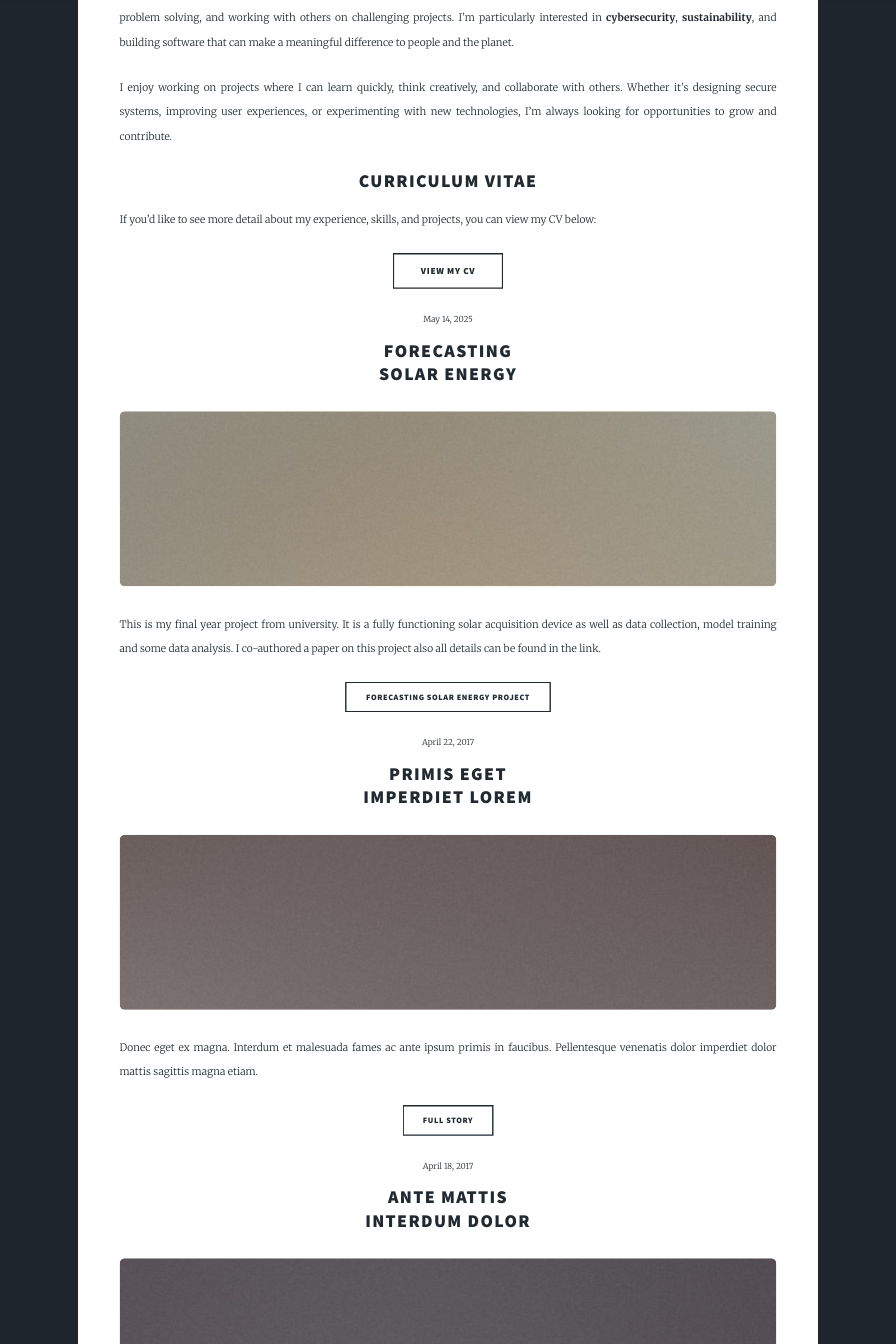
Repository: ciaranscan6/PersonalWebsite
Page: about-me.html
These files come from the project's save history. The page is drawn as it stood at one moment and after the next save; the edit follows.
The browser window is 1280 px wide. The pictures show the part of the page from y = 1451 to 3371 px (the page is 5045 px tall before and 4245 px after), at 70% of full size.
A picture or video elsewhere on the page could not be fetched, so the positions and the page height are approximate.

Above is the page before, as saved 2025-11-22 03:28:14.

### about-me.html
<!DOCTYPE HTML>
<!--
	Massively by HTML5 UP
	html5up.net | @ajlkn
	Free for personal and commercial use under the CCA 3.0 license (html5up.net/license)
-->
<html>
	<head>
		<title>About Me</title>
		<meta charset="utf-8" />
		<meta name="viewport" content="width=device-width, initial-scale=1, user-scalable=no" />
		<link rel="stylesheet" href="assets/css/main.css" />
		<noscript><link rel="stylesheet" href="assets/css/noscript.css" /></noscript>

	</head>
	<body class="is-preload">

		<!-- Wrapper -->
			<div id="wrapper">

				<!-- Header -->
					<header id="header">
						<a href="index.html" class="logo">Ciarán Scanlon</a>
					</header>

				<!-- Nav -->
					<nav id="nav">
						<ul class="links">
							<li><a href="index.html">Projects</a></li>
							<li class="active"><a href="about-me.html">About Me</a></li>
							<li><a href="elements.html">Elements Reference</a></li>
						</ul>
						<ul class="icons">
							<li><a href="#" class="icon brands fa-linkedin"><span class="label">LinkedIn</span></a></li>
							<li><a href="#" class="icon brands fa-facebook-f"><span class="label">Facebook</span></a></li>
							<li><a href="#" class="icon brands fa-instagram"><span class="label">Instagram</span></a></li>
							<li><a href="#" class="icon brands fa-github"><span class="label">GitHub</span></a></li>
						</ul>
					</nav>

				<!-- Main -->
					<div id="main">

						<!-- Post -->
							<section class="post featured">
								<header class="major">
									<span class="date">November 21, 2025</span>
									<h1>A Bit About Me</h1>
									<p>
										I’m a 23-year-old Computer Science graduate from University College Dublin, originally from Longford, Ireland.
										I’m outgoing, adventurous, and love solving real-world problems with technology.
									</p>
								</header>

								<!-- Main portrait / banner image -->
								<div class="image main">
									<img src="images\IMG_2796.JPG" alt="Photo of Ciarán Scanlon" />
								</div>

								<!-- About Me Content -->
								<p>
									I studied Computer Science at <strong>University College Dublin (UCD)</strong>, where I developed a strong foundation in
									software development, problem solving, and working with others on challenging projects. I’m particularly interested in
									<strong>cybersecurity</strong>, <strong>sustainability</strong>, and building software that can make a meaningful difference
									to people and the planet.
								</p>

								<p>
									I enjoy working on projects where I can learn quickly, think creatively, and collaborate with others. Whether it’s
									designing secure systems, improving user experiences, or experimenting with new technologies, I’m always looking for
									opportunities to grow and contribute.
								</p>

								<!-- CV Button -->
								<section>
									<h2>Curriculum Vitae</h2>
									<p>
										If you’d like to see more detail about my experience, skills, and projects, you can view my CV below:
									</p>
									<ul class="actions special">
										<li>
											<a href="files\Ciarán_Scanlon_CV.pdf" target="_blank" class="button large">
												View My CV
											</a>
										</li>
									</ul>
								</section>

								<!-- Hobbies: Four mini slideshows -->
								<section class="posts">
									<article>
										<header>
											<span class="date">May 14, 2025</span>
											<h2><a href="#">Forecasting <br> Solar Energy</a></h2>
										</header>
										<a href="#" class="image fit"><img src="images/pic02.jpg" alt="solar device image" /></a>
										<p>This is my final year project from university. It is a fully functioning solar acquisition device as well as data collection, model training and some data analysis. I co-authored a paper on this project also all details can be found in the link.</p>
										<ul class="actions special">
											<li><a href="#" class="button">Forecasting Solar Energy Project</a></li>
										</ul>
									</article>
									<article>
										<header>
											<span class="date">April 22, 2017</span>
											<h2><a href="#">Primis eget<br />
											imperdiet lorem</a></h2>
										</header>
										<a href="#" class="image fit"><img src="images/pic03.jpg" alt="image of other project" /></a>
										<p>Donec eget ex magna. Interdum et malesuada fames ac ante ipsum primis in faucibus. Pellentesque venenatis dolor imperdiet dolor mattis sagittis magna etiam.</p>
										<ul class="actions special">
											<li><a href="#" class="button">Full Story</a></li>
										</ul>
									</article>
									<article>
										<header>
											<span class="date">April 18, 2017</span>
											<h2><a href="#">Ante mattis<br />
											interdum dolor</a></h2>
										</header>
										<a href="#" class="image fit"><img src="images/pic04.jpg" alt="" /></a>
										<p>Donec eget ex magna. Interdum et malesuada fames ac ante ipsum primis in faucibus. Pellentesque venenatis dolor imperdiet dolor mattis sagittis magna etiam.</p>
										<ul class="actions special">
											<li><a href="#" class="button">Full Story</a></li>
										</ul>
									</article>
									<article>
										<header>
											<span class="date">April 14, 2017</span>
											<h2><a href="#">Tempus sed<br />
											nulla imperdiet</a></h2>
										</header>
										<a href="#" class="image fit"><img src="images/pic05.jpg" alt="" /></a>
										<p>Donec eget ex magna. Interdum et malesuada fames ac ante ipsum primis in faucibus. Pellentesque venenatis dolor imperdiet dolor mattis sagittis magna etiam.</p>
										<ul class="actions special">
											<li><a href="#" class="button">Full Story</a></li>
										</ul>
									</article>
								</section>


							</section>

					</div>

				<!-- Footer -->
					<footer id="footer">
						<section>
							<form method="post" action="https://formspree.io/f/xwpzvnny">
								<div class="fields">
									<div class="field">
										<label for="name">Name</label>
										<input type="text" name="name" id="name" required />
									</div>
									<div class="field">
										<label for="email">Email</label>
										<input type="email" name="email" id="email" required />
									</div>
									<div class="field">
										<label for="message">Message</label>
										<textarea name="message" id="message" rows="3" required></textarea>
									</div>
								</div>

								<input type="hidden" name="_subject" value="New Message From Portfolio Site">

								<ul class="actions">
									<li><input type="submit" value="Send Message" /></li>
								</ul>
							</form>
						</section>

						<section class="split contact">
							<section class="alt">
								<h3>Address</h3>
								<p>Chateau on the Ridge, Big White Ski Resort<br />
								Kelowna, BC Canada</p>
							</section>
							<section>
								<h3>Phone</h3>
								<p><a href="#">(672) 383-1005</a></p>
							</section>
							<section>
								<h3>Email</h3>
								<p><a href="#">cpt.scanlon@gmail.com</a></p>
							</section>
							<section>
								<h3>Social</h3>
								<ul class="icons alt">
									<li><a href="#" class="icon brands alt fa-linkedin"><span class="label">LinkedIn</span></a></li>
									<li><a href="#" class="icon brands alt fa-instagram"><span class="label">Instagram</span></a></li>
									<li><a href="#" class="icon brands alt fa-github"><span class="label">GitHub</span></a></li>
								</ul>
							</section>
						</section>
					</footer>

				<!-- Copyright -->
					<div id="copyright">
						<ul><li>&copy; Untitled</li><li>Design: <a href="https://html5up.net">HTML5 UP</a></li></ul>
					</div>

			</div>

		<!-- Scripts -->
			<script src="assets/js/jquery.min.js"></script>
			<script src="assets/js/jquery.scrollex.min.js"></script>
			<script src="assets/js/jquery.scrolly.min.js"></script>
			<script src="assets/js/browser.min.js"></script>
			<script src="assets/js/breakpoints.min.js"></script>
			<script src="assets/js/util.js"></script>
			<script src="assets/js/main.js"></script>

			<!-- JS: mini-slideshows for each hobby -->
			<script>
				document.addEventListener('DOMContentLoaded', function () {
					const rotators = [
						{
							id: 'gaelic-rotator',
							images: ['images/gaelic1.jpg', 'images/gaelic2.jpg']
						},
						{
							id: 'hiking-rotator',
							images: ['images/hiking1.jpg', 'images/hiking2.jpg']
						},
						{
							id: 'surfing-rotator',
							images: ['images/surf1.jpg', 'images/surf2.jpg']
						},
						{
							id: 'snowboarding-rotator',
							images: ['images/snow1.jpg', 'images/snow2.jpg']
						}
					];

					rotators.forEach(function (rotator) {
						const imgElement = document.getElementById(rotator.id);
						if (!imgElement) return;

						let current = 0;

						function rotate() {
							imgElement.classList.add('fade-out');

							setTimeout(function () {
								current = (current + 1) % rotator.images.length;
								imgElement.src = rotator.images[current];
								imgElement.classList.remove('fade-out');
							}, 400); // matches CSS transition
						}

						// change every 3 seconds
						setInterval(rotate, 5000);
					});
				});
			</script>





	</body>
</html>

Loaded but not shown: assets/css/fontawesome-all.min.css (library); assets/js/jquery.min.js (library); assets/js/jquery.scrollex.min.js (common file); assets/js/jquery.scrolly.min.js (common file); assets/js/browser.min.js (common file); assets/js/breakpoints.min.js (common file); assets/js/util.js (587 lines, source omitted); assets/js/main.js (258 lines, source omitted); assets/css/main.css (4702 lines, source omitted)

After the next save:
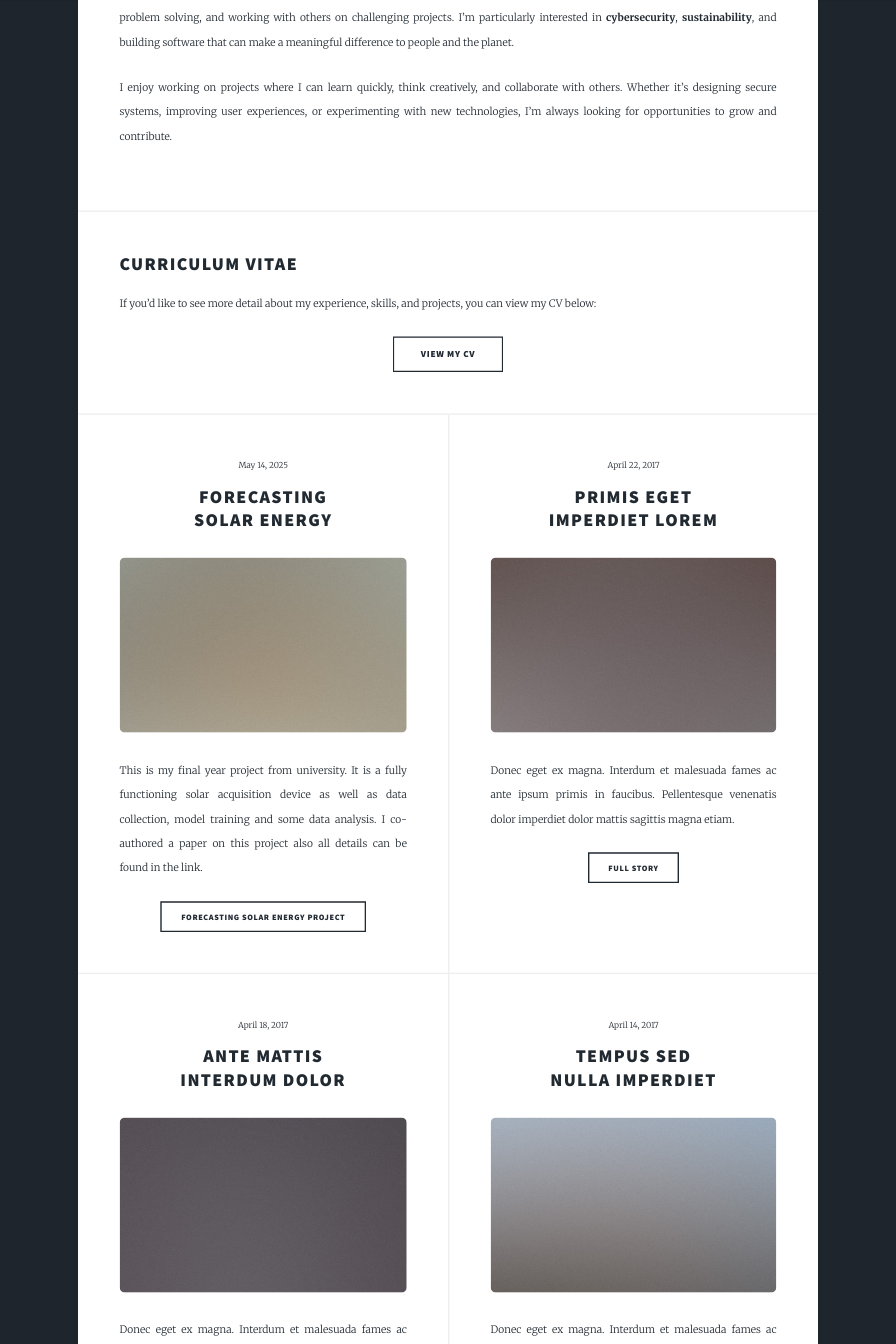
Saved 4 min 17 s later.
--- a/about-me.html
+++ b/about-me.html
@@ -42,7 +42,7 @@
 					<div id="main">
 
 						<!-- Post -->
-							<section class="post featured">
+							<article class="post featured">
 								<header class="major">
 									<span class="date">November 21, 2025</span>
 									<h1>A Bit About Me</h1>
@@ -71,8 +71,10 @@
 									opportunities to grow and contribute.
 								</p>
 
+							</article>
+
 								<!-- CV Button -->
-								<section>
+							<section>
 									<h2>Curriculum Vitae</h2>
 									<p>
 										If you’d like to see more detail about my experience, skills, and projects, you can view my CV below:
@@ -84,10 +86,10 @@
 											</a>
 										</li>
 									</ul>
-								</section>
+							</section>
 
 								<!-- Hobbies: Four mini slideshows -->
-								<section class="posts">
+							<section class="posts">
 									<article>
 										<header>
 											<span class="date">May 14, 2025</span>
@@ -135,10 +137,10 @@
 											<li><a href="#" class="button">Full Story</a></li>
 										</ul>
 									</article>
-								</section>
-
-
-							</section>
+							</section>
+
+
+
 
 					</div>
 
